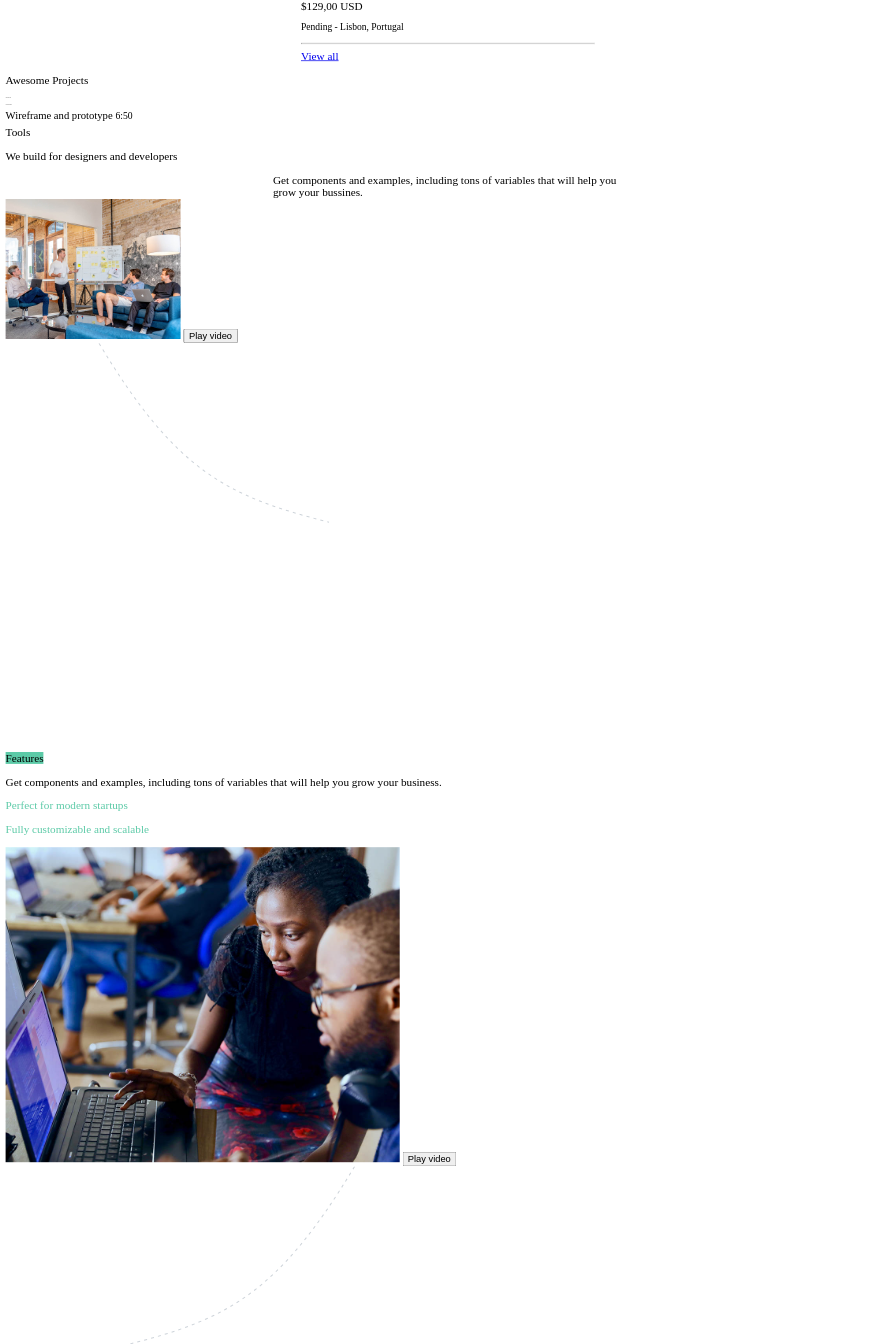
Repository: brandonc16/odoo-task
Page: components/hero.html
An editor plug-in stored every save of this project. The page is shown before and after the next save, followed by the edit.
The browser window is 1280 px wide. The pictures show the part of the page from y = 636 to 2556 px (the page is 4578 px tall before and 4576 px after), at 70% of full size.

Above is the page before, as saved 2026-03-16 05:30:49.

### components/hero.html
<!-- SECTION CARD  -->
<div class="bg-primary text-white hero-style pb-10">
  <div class="pt-5">
    <div class="row align-items-center px-lg-10">
      <div class="col-12 col-lg-6 mb-5 mb-lg-0">
        <p class="display-4 fw-bold mb-4">Development done right</p>
        <p
          class="mb-4 text-white-50"
          style="font-size: 1.1rem; max-width: 400px"
        >
          Build a beautiful, modern website with flexible components built from
          scratch.
        </p>
        <button
          class="btn btn-light text-primary rounded-2 d-inline-flex align-items-center gap-2 fw-bold px-4 py-2 mb-5"
        >
          Get started <span class="fs-5">+</span>
        </button>

        <div class="d-flex align-items-center gap-4 flex-wrap mt-3">
          <span class="small text-white-50">Trusted by:</span>
          <span class="fw-bold d-flex align-items-center gap-1"
            ><i class="bi bi-google"></i>Google</span
          >
          <span class="fw-bold d-flex align-items-center gap-1"
            ><i class="bi bi-spotify"></i>Spotify</span
          >
          <span class="fw-bold fs-5">airbnb</span>
          <span class="fw-bold d-flex align-items-center gap-1"
            ><i class="bi bi-paypal"></i>PayPal</span
          >
        </div>
      </div>
      <div class="col-12 col-lg-6">
        <div
          class="card bg-white border-0 shadow-lg p-4 text-dark"
          style="
            border-radius: 1.5rem 1.5rem 4.5rem 1.5rem;
            max-width: 420px;
            margin: 0 auto;
          "
        >
          <div class="d-flex justify-content-between align-items-center mb-4">
            <p class="fw-bold" style="font-size: 0.85rem">Manage cards</p>
            <button
              class="btn btn-outline-secondary btn-sm px-3 rounded-2"
              style="font-size: 0.85rem"
            >
              Add new
            </button>
          </div>
          <div
            class="bg-card-dark text-white p-4 mb-4 shadow-sm"
            style="border-radius: 1rem"
          >
            <div class="d-flex justify-content-between align-items-start mb-4">
              <div class="d-flex">
                <a class="navbar-brand fw-fold fs-3" href="#">
                  <img
                    src="/assets/mastercard.svg"
                    alt="Odoo logo"
                    height="35"
                    class="d-inline-block align-text-top"
                  />
                </a>
              </div>
              <p
                class="badge bg-success text-success text-white border border-success border-opacity-25 px-2 py-1"
              >
                Active
              </p>
            </div>
            <p
              class="text-white-50 mb-1"
              style="font-size: 0.6rem; letter-spacing: 1px"
            >
              CARD NUMBER
            </p>
            <p class="mb-4" style="letter-spacing: 2px">
              4358 - 7421 - 9256 -6682
            </p>

            <div class="d-flex justify-content-between">
              <div>
                <p
                  class="text-white-50 mb-0"
                  style="font-family: 0.6rem; letter-spacing: 1px"
                >
                  NAME
                </p>
                <p class="mb-0 fw-bold small">John Snow</p>
              </div>
              <div>
                <p
                  class="text-white-50 mb-0"
                  style="font-family: 0.6rem; letter-spacing: 1px"
                >
                  EXPIRY DATE
                </p>
                <p class="mb-0 fw-bold small">11/23</p>
              </div>
            </div>
          </div>

          <div class="justify-content-between align-items-center mb-2">
            <div class="d-flex justify-content-between">
              <p class="mb-0 fw-bold">Starbucks</p>

              <span class="text-muted">$5,50 USD</span>
            </div>
            <p class="mb-0 text-muted" style="font-size: 0.85rem">
              Pending - San Francisco, United States
            </p>
            <hr
              class="text-secondary justify-content-between align-items-center mb-4"
            />

            <div class="d-flex justify-content-between">
              <p class="mb-0 fw-bold">Nike Sports</p>

              <span class="text-muted">$129,00 USD </span>
            </div>
            <p class="mb-0 text-muted" style="font-size: 0.85rem">
              Pending - Lisbon, Portugal
            </p>
            <hr
              class="text-secondary justify-content-between align-items-center mb-4"
            />

            <a href="#" class="text-decoration-underline text-primary"
              >View all</a
            >
          </div>
        </div>
      </div>
    </div>
  </div>
</div>
<!-- SECTION TOOLS -->

<div class="py-5 my-5">
  <div class="px-lg-10">
    <div class="row align-items-center">
      <div class="col-12 col-lg-6 mb-5 mb-lg-0">
        <div
          class="card border border-light border-1 shadow-sm p-4 p-lg-5 rounded-3 position-relative mt-n4 mt-lg-n5"
        >
          <div style="width: 90%">
            <p class="fw-bold mb-4 display-6">Awesome Projects</p>
            <div class="mb-4 p-3">
              <p class="fw-bold mb-2" style="font-size: 0.95">
                Create the new logo
              </p>
              <div class="progress rounded-pill" style="height: 6px">
                <div class="progress-bar- bg-warning" style="width: 45%"></div>
              </div>
            </div>
            <div class="mb-4 p-3">
              <p class="fw-bold mb-2" style="font-size: 0.95">
                Set up the color palette
              </p>
              <div class="progress rounded-pill" style="height: 6px">
                <div class="progress-bar- bg-warning" style="width: 60%"></div>
              </div>
            </div>

            <div class="mb-2 p-3">
              <div
                class="d-flex justify-content-between align-items-center mb-2"
              >
                <span class="fw-bold" style="font-size: 0.95rem">
                  Wireframe and prototype</span
                >
                <span style="font-size: 0.86rem"
                  >6:50 <i class="bi bi-chevron-right small"></i
                ></span>
              </div>

              <div class="progress rounded-pill" style="height: 6px">
                <div class="progress-bar- bg-warning" style="width: 80%"></div>
              </div>
            </div>
          </div>
        </div>
      </div>

      <div
        class="col-12 col-lg-5 offset-lg-1 text-center text-lg-start mt-5 mt-lg-0"
      >
      <span
      class="badge bg-warning text-white px-3 py-2 rounded-pill mb-4 fs-6"
    >
     Tools
    </span>
        <p class="display-6 fw-bold mb-4">
          We build for designers and developers

        </p>
        <p
          class="text-muted fs-5 mb-3"
          style="max-width: 500px; margin: 0 auto"
        >
          Get components and examples, including tons of variables that will
          help you grow your bussines.
        </p>

        <div
          class="mt-4 mt-lg-5"
          style="width: 100%; max-width: 400px; z-index: 2"
        >
          <div class="rounded-2 overflow-hidden shadow-sm position-relative">
            <img
              src="/assets/img_01.jpg"
              alt="Team working"
              height="55"
              class="img-fluid w-100"
              style="height: 200px; object-fit: cover"
            />
            <button
              class="btn btn-light position-absolute top-0 end-0 m-3 fw-bold shadow-sm d-flex align-items-center gap-2 rounded-3"
            >
              Play video <i class="bi bi-play-fill"></i>
            </button>
          </div>
        </div>
      </div>
    </div>
  </div>
</div>

<svg
  class="position-absolute"
  style="
    top: 167%;
    left: 25%;
    z-index: 0;
    pointer-events: none;
    width: 50%;
    height: 83%;
  "
  viewBox="0 0 500 800"
  fill="none"
  xmlns="http://www.w3.org/2000/svg"
>
  <path
    d="M0,0 C150,250 250,300 450,350"
    stroke="#ced4da"
    stroke-width="2"
    stroke-dasharray="6 8"
    fill="none"
  />

  <!--   <path
    d="M400,600 C300,750 250,850 100,1000"
    stroke="#ced4da"
    stroke-width="2"
    stroke-dasharray="6 8"
    fill="none"
  /> -->
</svg>

<!-- SECTION FEATURES -->

<div class="py-5 my-5 position-relative overflow-hidden">
  <div class="row px-lg-10 align-items-center">
    <div class="col-12 col-lg-5 mb-5 mb-lg-0">
      <span
        class="badge text-white px-3 py-2 rounded-pill mb-4 fs-6"
        style="background-color: #5ccaa7"
      >
        Features
      </span>

      <p class="fw-bold fs-4 mb-5">
        Get components and examples, including tons of variables that will help
        you grow your business.
      </p>

      <div class="d-flex flex-column gap-3">
        <div class="d-flex align-items-center gap-3">
          <i class="bi bi-check-circle-fill fs-5" style="color: #5ccaa7"></i>
          <p class="fw-medium mt-3" style="color: #5ccaa7">
            Perfect for modern startups
          </p>
        </div>
      </div>
      <div class="d-flex flex-column gap-3">
        <div class="d-flex align-items-center gap-3">
          <i class="bi bi-check-circle-fill fs-5" style="color: #5ccaa7"></i>
          <p class="fw-medium mt-3" style="color: #5ccaa7">
            Fully customizable and scalable
          </p>
        </div>
      </div>
    </div>

    <div class="col-12 col-lg-6 offset-lg-1">
      <div class="position-relative shadow-lg rounded-3 overflow-hidden;">
        <img
          src="/assets/img_02.jpg"
          alt="Team working"
          height="auto"
          class="img-fluid w-100"
          style="height: 450px; object-fit: cover"
        />
        <button
          class="btn btn-light position-absolute top-0 end-0 m-3 fw-bold shadow-sm d-flex align-items-center gap-2 rounded-3"
        >
          Play video <i class="bi bi-play-fill"></i>
        </button>
      </div>
    </div>
  </div>
</div>

<!-- Section technology -->

<svg
  class="position-absolute"
  style="
    top: 243%;
    left: 25%;
    z-index: 0;
    pointer-events: none;
    width: 50%;
    height: 83%;
    transform: scaleX(-1);
  "
  viewBox="0 0 500 800"
  fill="none"
  xmlns="http://www.w3.org/2000/svg"
>
  <path
    d="M0,0 C150,250 250,300 450,350"
    stroke="#ced4da"
    stroke-width="2"
    stroke-dasharray="6 8"
    fill="none"
  />
</svg>

<!-- section technology -->

<div class="py-5 my-5 position-relative overflow-hidden">
  <div class="px-lg-10 position-relative" style="z-index: 1">
    <div class="row align-items-center">
      <div class="col-12 col-lg-6 mb-5 mb-lg-0">
        <div class="row g-4 align-items-center">
          <div class="col-12 col-sm-6">
            <div class="card border-0 shadow-sm rounded-2 overflow-hidden">
              <img src="/assets/person_03.jpg" alt="JH" style="height: 300px; object-fit: cover" />

              <div
                class="card-body d-flex align-items-center justify-content-between p-4"
              >
                <div class="d-flex align-items-center gap-2">
                  <div
                    class="rounded-circle bg-warning text-white d-flex align-items-center justify-content-center fw-bold"
                    style="width: 35px; height: 35px; font-size: 0.8rem"
                  >
                    JH
                  </div>
                  <span class=" mb-0" style="font-size: 0.9">
                    Jimmy Hendrix</span
                  >
                </div>
                <i class="bi bi-heart" style="cursor: pointer"></i>
              </div>

            </div>

            <div class="card border-0 shadow-sm rounded4 p-3 d-lfex flex-row align-items-center gap-3 mt-5">
              <div class="rounded-circle bg-success bg-opacity-50 text-white d-flex align-items-center justify-content-center flex shrink-0"
              style="width: 45px; height:45px">
             <i class="bi bi-check-lg fs-5"></i>
             </div>
             <div>
               <p class=" mb-0" style="font-size: 0.95">
                 300 + components
               </p>
               <p class="text-muted mb-0" style="font-size: 0.8rem">
                 Built to be customized
               </p>
             </div>
             </div>

          </div>




            <div class="col-12 col-sm-6 mt-sm-5">
              <div
                class="card border border-light border-1 shadow-sm rounded-3 mb-4 p-4 text-center d-flex flex-column justify-content-center"
                style="min-height: 290px"
              >
                <div class="mb-3 fs-4 fw-bold">
                  <img src="/assets/airbnb.svg" alt="airbnb logo" style="height: 50px" />
                </div>
                <div
                  class="text-warining mb-2 fs-6 gap-1 d-flex justify-content-center"
                >
                  <i class="bi bi-star-fill text-warning"></i>
                  <i class="bi bi-star-fill text-warning"></i>
                  <i class="bi bi-star-fill text-warning"></i>
                  <i class="bi bi-star-fill text-warning"></i>
                  <i class="bi bi-star text-secondary"></i>
                </div>
                <p class=" mb-1">4.95 out of 5 stars</p>
                <p class="text-muted mb-0">from 23 reviews</p>
              </div>

              <div
                class="card border border-light border-1 shadow-sm rounded-3 mb-4 p-4 text-center d-flex flex-column justify-content-center"
                style="min-height: 290px"
              >
                <div
                  class="rounded-circle bg-dark text-white mx-auto d-flex align-items-center justify-content-center mb-3"
                  style="width: 50px; height: 50"
                >
                <img src="/assets/company_01.png" class="rounded-circle" alt="airbnb logo" style="height: 50px" />
                </div>
                <div
                  class="text-warining mb-2 fs-6 gap-1 d-flex justify-content-center"
                >
                  <p class=" mb-3">Website UI Kit</p>
                </div>

                <div class="d-flex justify-content-center m-b">
                  <img
                  src="/assets/person_01.jpg"
                    alt="img"
                    class="rounded-circle border border-2 border-white"
                    style="
                      width: 37px;
                      height: 37px;
                      margin-right: -10px;
                      z-index: 3;
                    "
                  />
                  <img
                  src="/assets/person_02.jpg"
                    alt="img"
                    class="rounded-circle border border-2 border-white"
                    style="
                      width: 37px;
                      height: 37px;
                      margin-right: -10px;
                      z-index: 3;
                    "
                  />
                  <img
                  src="/assets/person_03.jpg"
                  alt="img"
                  class="rounded-circle border border-2 border-white"
                  style="
                    width: 37px;
                    height: 37px;
                    margin-right: -10px;
                    z-index: 3;
                  "
                />
                </div>
                <hr
                class="text-secondary justify-content-between align-items-center "
              />
                <div
                  class="d-flex justify-content-center gap-4 text-muted small mt-auto pt-2"
                >
                  <i class="bi bi-paperclip" style="cursor: pointer"></i>
                  <i class="bi bi-eye" style="cursor: pointer"></i>
                  <i class="bi bi-heart" style="cursor: pointer"></i>
                </div>
              </div>
            </div>
          </div>
        </div>
        <div
          class="col-12 col-lg-5 offset-lg-1 mt-5 mt-lg-0 text-center text-lg-start"
        >
          <span
            class="badge bg-primary text-white px-3 py-2 rounded-pill mb-4 fs-6"
            style="background-color: #5ccaa7"
          >
            Technology
          </span>
          <p class="display-5 mb-4">We use latest technologies on the market</p>

          <p
            class="text-muted fs-5 mb-4"
            style="max-width: 500px; margin: 0 auto 0 0"
          >
            Get components and examples, including tons of variables that will
            help you grow your business
          </p>
          <a
            href="#"
            class="text-primary text-decoration-none fw-medium pb-1"
            style="border-bottom: 2px solid #0d6efd"
            >See case studies</a
          >
        </div>


        </div>
      </div>

</div>


<!-- section install -->

<div class="py-5 my-5 position-relative overflow-hidden">
  <div class="row px-lg-10 align-items-center">
    <div class="col-12 col-lg-5 mb-5 mb-lg-0">
      <span
        class="badge bg-warning text-white px-3 py-2 rounded-pill mb-4 fs-6"

      >
        Features
      </span>

      <p class="fw-bold fs-4 mb-5">
        Download, intall and run.
      </p>

      <div class="d-flex flex-column gap-3">
        <div class="d-flex align-items-center gap-3">
          <i class="bi bi-check-circle-fill fs-5" style="color: #5ccaa7"></i>
          <p class="fw-medium mt-3" style="color: #5ccaa7">

          </p>
        </div>
      </div>
      <div class="d-flex flex-column gap-3">
        <div class="d-flex align-items-center gap-3">
          <i class="bi bi-check-circle-fill fs-5" style="color: #5ccaa7"></i>
          <p class="fw-medium mt-3" style="color: #5ccaa7">
            Fully customizable and scalable
          </p>
        </div>
      </div>
    </div>

    <div class="col-12 col-lg-6 offset-lg-1">
      <div class="position-relative shadow-lg rounded-3 overflow-hidden;">
        <img
          src="/assets/img_03.jpg"
          alt="Team working"
          height="auto"
          class="img-fluid w-100"
          style="height: 450px; object-fit: cover"
        />
        <button
          class="btn btn-light position-absolute top-0 end-0 m-3 fw-bold shadow-sm d-flex align-items-center gap-2 rounded-3"
        >
          Play video <i class="bi bi-play-fill"></i>
        </button>
      </div>
    </div>
  </div>
</div>

After the next save:
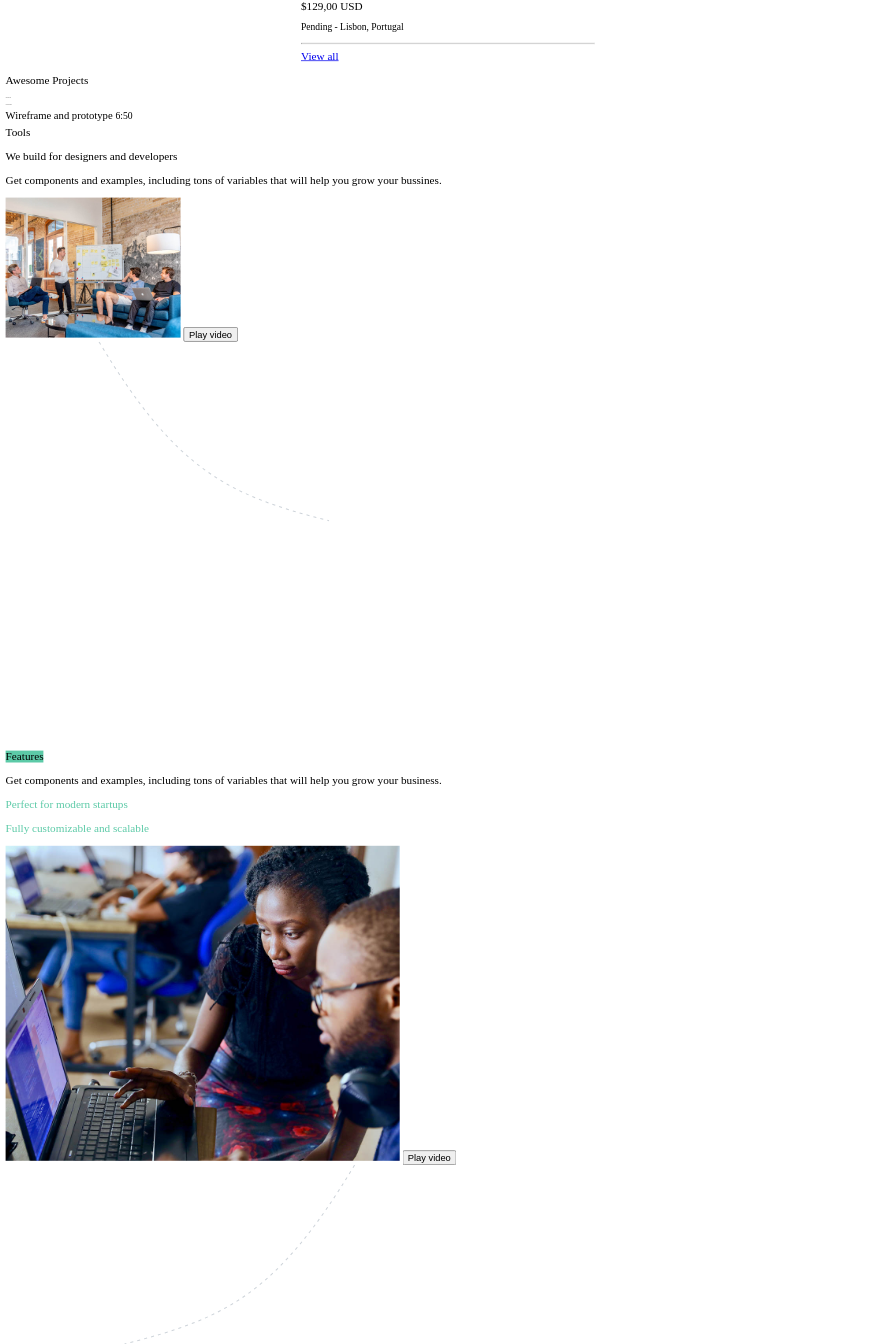
Saved 45 s later.
--- a/components/hero.html
+++ b/components/hero.html
@@ -196,13 +196,13 @@
           We build for designers and developers
 
         </p>
-        <p
-          class="text-muted fs-5 mb-3"
-          style="max-width: 500px; margin: 0 auto"
-        >
+
+        <p class="display-6 fw-bold mb-4">
           Get components and examples, including tons of variables that will
           help you grow your bussines.
+
         </p>
+
 
         <div
           class="mt-4 mt-lg-5"

After the save that followed:
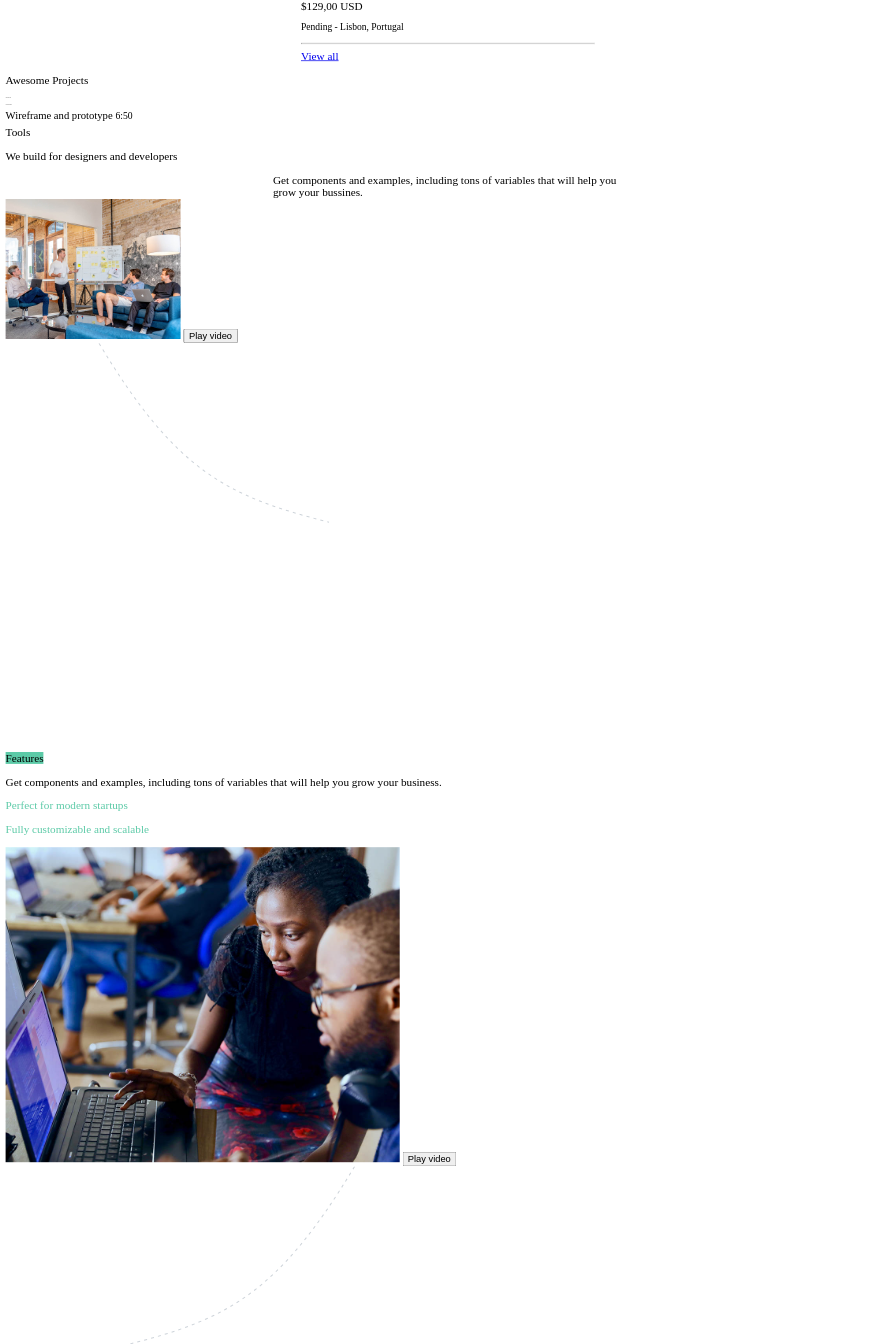
Saved 12 s later.
--- a/components/hero.html
+++ b/components/hero.html
@@ -196,13 +196,13 @@
           We build for designers and developers
 
         </p>
-
-        <p class="display-6 fw-bold mb-4">
+        <p
+          class="text-muted fs-5 mb-3"
+          style="max-width: 500px; margin: 0 auto"
+        >
           Get components and examples, including tons of variables that will
           help you grow your bussines.
-
         </p>
-
 
         <div
           class="mt-4 mt-lg-5"
